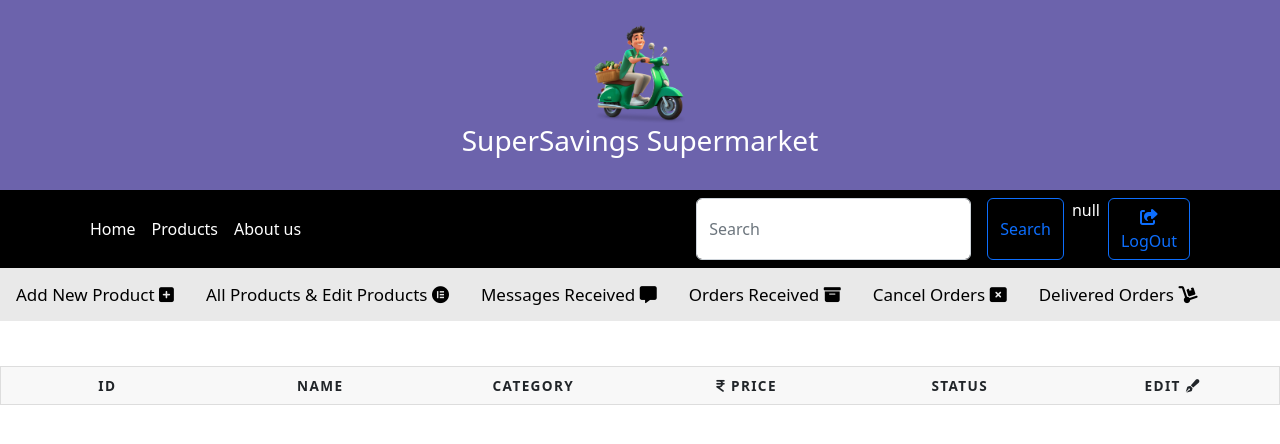
Repository: Raviraj39/SuperSaving-Online-Supermarket-Website
Page: http://localhost/Super_market/allProductEdit.jsp
An editor plug-in stored every save of this project. The page is shown before and after the next save, followed by the edit.
The browser window is 1280 px wide. The pictures show the whole page.
The page is served by Tomcat 9. Queries for data that is not in the repository find no rows.

Above is the page before, as saved 2023-12-21 19:23:27.

After the next save:
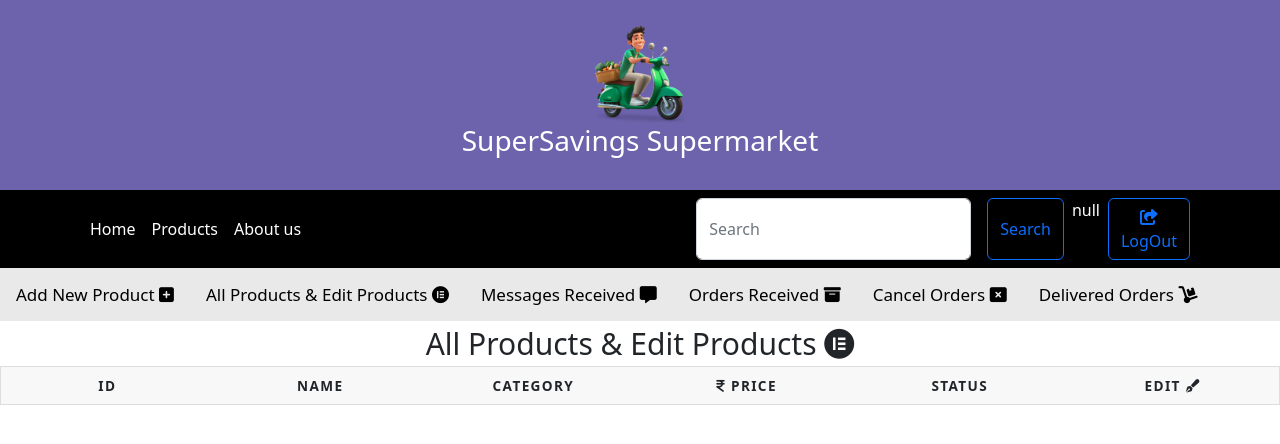
Saved 43 s later.
--- a/Super_market/src/main/webapp/allProductEdit.jsp
+++ b/Super_market/src/main/webapp/allProductEdit.jsp
@@ -17,7 +17,7 @@
 </head>
 <body>
 
-<div style="color: white; text-align: center; font-size: 30px;">All Products & Edit Products <i class='fab fa-elementor'></i></div>
+<div style="color: ; text-align: center; font-size: 30px;">All Products & Edit Products <i class='fab fa-elementor'></i></div>
 
 <%
 String msg=request.getParameter("msg");
